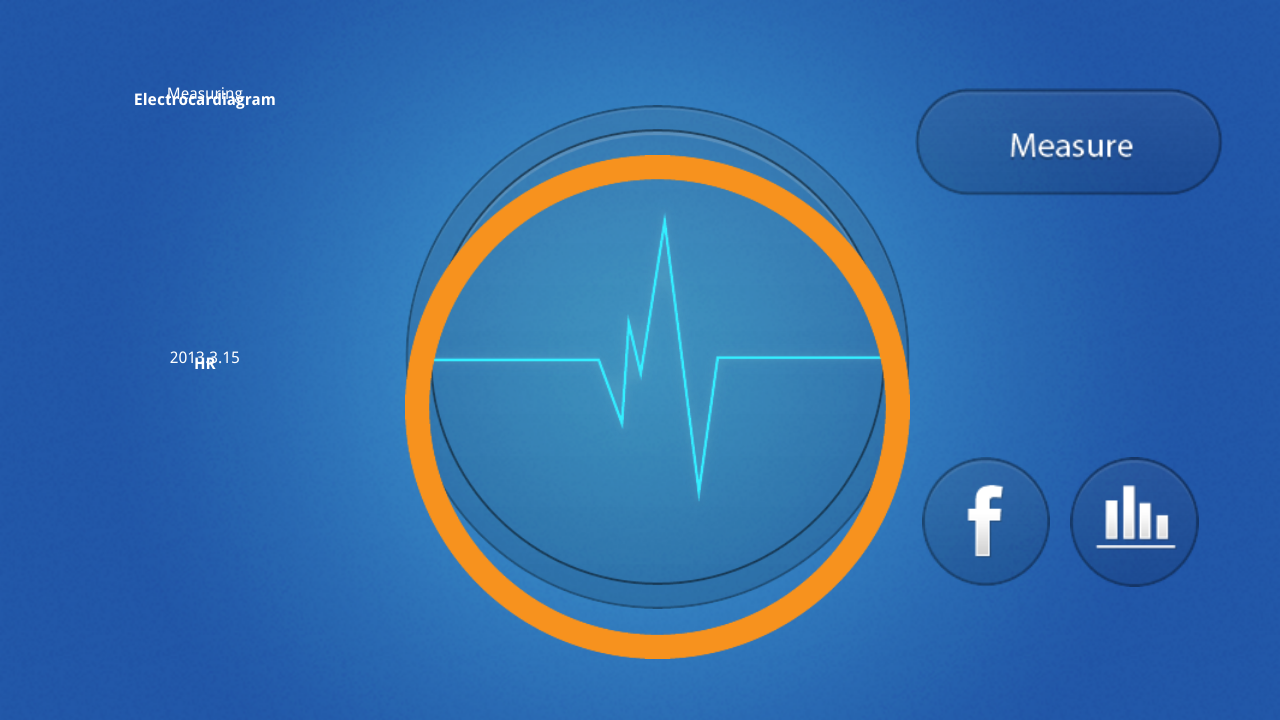
Repository: chouwill79131/IEcontest
Page: BluetoothChat/assets/main.html
An editor plug-in stored every save of this project. The page is shown before and after the next save, followed by the edit.
The browser window is 1280 px wide. The pictures show the whole page.

Above is the page before, as saved 2013-03-08 18:33:38.
Console error: TypeError: Cannot set properties of null (setting 'innerHTML')

### BluetoothChat/assets/main.html
<html>
  <head>
    <meta http-equiv="Content-Type" content="text/html; charset=utf-8"/>
    <link href="main.css" rel="stylesheet"/>
    <script src="jquery.js"></script>
    <script src="highcharts.js"></script>
    <script src="delay.js"></script>
    <script src="main.js"></script>
  </head>
  <body>
    <div id="main" >
    	<div class="left">
			<div class="text">
				<div class="word">Electrocardiagram</div><br />
				<div class="subword">Measuring</div><br />

				<div class="hr">HR</div><br />
				<div class="date">2013.3.15</div>
			</div>

		</div>

		<div class="mid">
			<img class="rhythm" src="button/rhythm.png" />
			<img class="circle" src="button/circle.png" />
		</div>

		<div class="right">
			<button class="measure"><img src="button/Measure.png" /></button><br />
			<button class="share" ><img src="button/Share.png" /></button>
			<button class="record"><img src="button/Record.png" /></button>
		</div>




	</div>
  </body>
</html>

### BluetoothChat/assets/main.css
@font-face {
    font-family: droidsans;
    src: url(fonts/droidsans.ttf);
}

@font-face {
    font-family: DroidSans-Bold;
    src: url(fonts/DroidSans-Bold.ttf);
}

@font-face {
    font-family: DroidSans-Italic;
    src: url(fonts/DroidSans-Italic.ttf);
}


body { margin:0; padding:0; }
#main { width: auto; height: 100%; background-image: url(button/background.png); background-size: 100% 100%; }
.left, .mid, .right {float: left; height: 100%; }


.left {  width: 28%; padding-left:2%;}
.text, .hr , .date{ text-align: center; color:white;}
.word { margin-top: 25%;  font-family: DroidSans-Bold ;}
.subword, .date { margin-top:-12%; font-family: droidsans ;}
.hr {   margin-top: 65%;  font-family: DroidSans-Bold }
.date { font-family: droidsans ;}

.mid { width: 41%; }
.rhythm, .circle { width: auto; height:70%; margin-left: 4%; }
.rhythm { margin-top: 20%; z-index: 1; }
.circle { margin-top: -86.5%; z-index: 2; position: relative;}

.right { width: 29%; }
.right button { float: left; border: none; background: transparent; }
.measure img {margin-top: 10%; width: auto;  height:15%; }
.share img, .record img { width: auto;  height:18%; }
.measure { margin-left: 0%; margin-top: 15%; }
.share, .record { margin-top: 70%; margin-left: 2%; }


<!--
border? font? .record_top
-->

### BluetoothChat/assets/delay.js

$(function(){
setTimeout(function(){
$.getScript("dy_chart.js");
},200)
})

### BluetoothChat/assets/main.js
var chart;
var step = 0.01;	//step0.008每秒125點	//0.005極限
var xstart = step;
var hr = "--";
var score = "--";
var index;
$(document).ready(function ready() {

    var s = "";
    var theDate = new Date();
    s += theDate.getYear()+1900 + ".";                //  年
    s += (theDate.getMonth() + 1) + ".";				// 月
    s += theDate.getDate(); 							// 日
    document.getElementById("date").innerHTML = s;
    index = document.getElementById("main").innerHTML; //保留首頁

    $(".measure").live("click", function() {
      measure();
    }); //click .measure


}); //(document).ready

function shared(){
	view1 = document.getElementById("rhythm").innerHTML;
	document.getElementById("rhythm").innerHTML = view1+'<img class="stop" src="button/complete.png" style="width:100%; margin-top: -50% ;z-index:5;position: relative;" />';
	$("#main").live("click", function() {
      document.getElementById("rhythm").innerHTML = view1;
    });
}

function complete(hr1,score1){
  hr = hr1;
  score = score1;
  view = document.getElementById("dy_chart").innerHTML;
  document.getElementById("dy_chart").innerHTML = view+'<img class="stop" src="button/Completed.png" style="width:50%; margin: -20% 0% 0% 25%; z-index:2;position: relative;" />';
  $(".stop").html('<img src="button/Continue.png" />');
}

function addSomething(a) {
  for (var i in a){
    chart.series[0].addPoint([xstart,a[i]],false,true);
    xstart += step;
  }
  chart.redraw();
}

function history(history){
	view2 = document.getElementById("main").innerHTML;
    $("#main").html(
    '<div class="main1">'+
	'<div class="contain">'+
	'<div id="dy_chart" style="z-index:1;position: relative;"></div>'+
	'</div>'+
	'<div id="foot">'+
	'<button class="stop">'+
	'<img src="button/Back.png" />'+
	'</button>'+
	'</div>'+
    '</div>'
    );

    Highcharts.setOptions({
      global: {
	useUTC: true
      }
    });

    hischart = new Highcharts.Chart({
      chart: {
		renderTo: 'dy_chart',
		backgroundColor: 'transparent',
		type: 'line',
      },
      title: {
		style:{ color: '#FFFFFF'},
		text: 'Measure history',
      },
      credits: {			// highchart.com
		enabled:false
      },
      legend: {  			// 線的標示
        enabled: false
      },
      xAxis: {
      	type: 'datetime',
		dateTimeLabelFormats: { // don't display the dummy year
	  		month: '%e. %b',
	  		year: '%b'
		},
		lineColor: '#FFFFFF',
		labels: {
	  		style: {
				color: '#FFFFFF',
			}
		}
	  },
	  yAxis: {
	    title: {text: 'Feeling',
	    			style: {
						color: '#FFFFFF',
					}
				},
	  	gridLineColor: '#FFFFFF',
	  	labels: {
	  		style: {
				color: '#FFFFFF',
			}
		}
	  },
	  plotOptions: {
                line: {
                    dataLabels: {
                        enabled: true,
                        color: '#FFFFFF',
                    },
                    enableMouseTracking: true,
                }
      },
	series: [{
	  name: 'measure history',
	  color: '#FFFFFF',
	  data: history
	}],
    });

    $(".stop").live("click", function(){
 //     hr = "--";
      $(".main1").html(view2);
 //     document.getElementById("hr").innerHTML = hr;
    });
};// .record click

function measure(){
	xstart = 0.01;
	$("#main").html('<div class="main1">'+
		'<div class="contain">'+
		'<div id="dy_chart" style="z-index:1;position: relative;"></div>'+
		'</div>'+
		'<div id="foot">'+
		'<button class="stop" onclick="window.MyHandler.disconnect()">'+
		'<img src="button/Stop.png" />'+
		'</button>'+
		'</div>'+
      	'</div>');
    Highcharts.setOptions({
      global: {useUTC: true }
    });
    chart = new Highcharts.Chart({
      chart: {
		renderTo: 'dy_chart',
		backgroundColor: 'transparent',
		type: 'spline',
		marginRight: 10,
      },
      credits: {enabled:false},
      title: {
		style:{ color: '#FFFFFF'},
		text: 'Electrondiagram',
      },
      xAxis: {
		type: 'x Axis',
		style:{ color: '#FFFFFF'},
		tickPixelInterval: 100,
		lineColor: '#FFFFFF',
		labels: {style: {color: '#FFFFFF'}},
      },
      yAxis: {
      	title: {
      		text: 'Score',
      		style: {color: '#FFFFFF'}},
	  		gridLineColor: '#FFFFFF',
	  		labels: {style: {color: '#FFFFFF'}},
			//max:1500,
			//min:0,
			title: {
	  			style:{ color: '#FFFFFF'},
	  			text: 'PPG'
	  		},
			plotLines: [{value: 0,width: 1}]
      	},
      	legend: {enabled: false},
      	exporting: {enabled: false},
      	plotOptions: {
			spline: {
	  			lineWidth: 1,
	  			states: {
	    			hover: {
	      				enabled: false,
	      				lineWidth: 2
	    			}
	  			},
	  		marker: {
	    		enabled: false,
	    		states: {
	      			hover: {
						enabled: false,
	      			}
	    		}
	  		},
		}
      }, // yAxis
      series: [{
		name: 'Data',
		color: '#FFFFFF',
		data: (function() {
	  		var data = [];
	  		var step = 0.01;	//step0.008每秒125點	//0.005極限
			var xstart = step;
	  		for (var i = -4; i <= xstart; i+=step){data.push({x: i,y: 0 });}
	  		return data;
		})()
		}]
    }); //Highcharts

    hr = '--';
    score = '--';
    $(".stop").live("click",function() {
      $(".main1").html(index);
      document.getElementById("hr").innerHTML = hr;
      document.getElementById("rhythm").innerHTML = '<div id="score">'+score+'</div><img class="circle" src="button/circle.png" />';
    }); //click .stop
}

### BluetoothChat/assets/dy_chart.js
var chart;
var step = 0.01;	//step0.008每秒125點	//0.005極限
var xstart = step;
//a = Math.random();
var hr = 15;
var score = 80;
function complete(hr1,score1){
	hr = hr1;
	score = score1;
	view = document.getElementById("dy_chart").innerHTML;
	document.getElementById("dy_chart").innerHTML = view+'<img class="stop" src="button/60.png" style="width:50%; margin: -20% 0% 0% 25%; z-index:2;position: relative;" /><br />'+hr+',<br />'+score;
}

function addSomething(a) {
//	setInterval(function() {        			 // for testing feq
	for (var i in a){
		chart.series[0].addPoint([xstart,a[i]],false,true);
		xstart += step;
	}

	/**
	chart.series[0].addPoint([xstart,a],false,true);
	xstart += step;
	**/

	chart.redraw();
//	}, 1000);									// for testing feq
}



$(function () {
	$(".stop").click(function() {
	$(".main1").html('  <div id="main" >'+
    	'<div class="left">'+
			'<div class="text">'+
				'<div class="word">Electrocardiagram</div><br />'+
				'<div class="subword">Measuring</div><br />'+
				'<div class="hr">HR <span id="hr"></span></div>'+
				'<div id="date"></div>'+
			'</div>'+
		'</div>'+
		'<div class="mid" id="mid">'+
			'<div class="score">84</div>'+
			'<img class="circle" src="button/circle.png" />'+
		'</div>'+
		'<div class="right">'+
			'<button class="measure"><img src="button/Measure.png" /></button><br />'+
			'<button class="share" ><img src="button/Share.png" /></button>'+
			'<button class="record"><img src="button/Record.png" /></button>'+
		'</div>'+
	'</div>');
 // 		window.location.href = "complete.html";
	});
    $(document).ready(function() {
        Highcharts.setOptions({
            global: {
                useUTC: false
            }
        });

        chart = new Highcharts.Chart({
            chart: {
                renderTo: 'dy_chart',
                backgroundColor: 'transparent',
                type: 'spline',
                marginRight: 10,
            },
            credits: {
            enabled:false
            }
            ,
            title: {
            	style:{ color: '#FFFFFF'},
                text: 'Electrondiagram',
            },
            xAxis: {
                type: 'x Axis',
                style:{ color: '#FFFFFF'},
                tickPixelInterval: 150
            },
            yAxis: {
            	max:1500,
            	min:0,
                title: {
                	style:{ color: '#FFFFFF'},
                    text: 'Value'
                },
                plotLines: [{
                    value: 0,
                    width: 1,
                }]
            },

            legend: {
                enabled: false
            },
            exporting: {
                enabled: false
            },
	    plotOptions: {
                spline: {
                   lineWidth: 1,
                   states: {
                       hover: {
                       	enabled: false,
                        lineWidth: 2
                       }
                   },
                   marker: {
                      enabled: false,
                      states: {
                          hover: {
                             enabled: false,
                          }
                      }
                  },
               }
            },
            series: [{
                name: 'Data',
                color: '#FFFFFF',
                data: (function() {
                    // generate an array of random data
                    var data = [],
                        time = (new Date()).getTime(),i;

                    for (i = -4; i <= xstart; i+=step) {
                        data.push({
                            x: i,
                            y: 0
                        });
                    }
                    return data;
                })()
            }]
        });
    });
});

Loaded but not shown: BluetoothChat/assets/jquery.js (library); BluetoothChat/assets/highcharts.js (library)

After the next save:
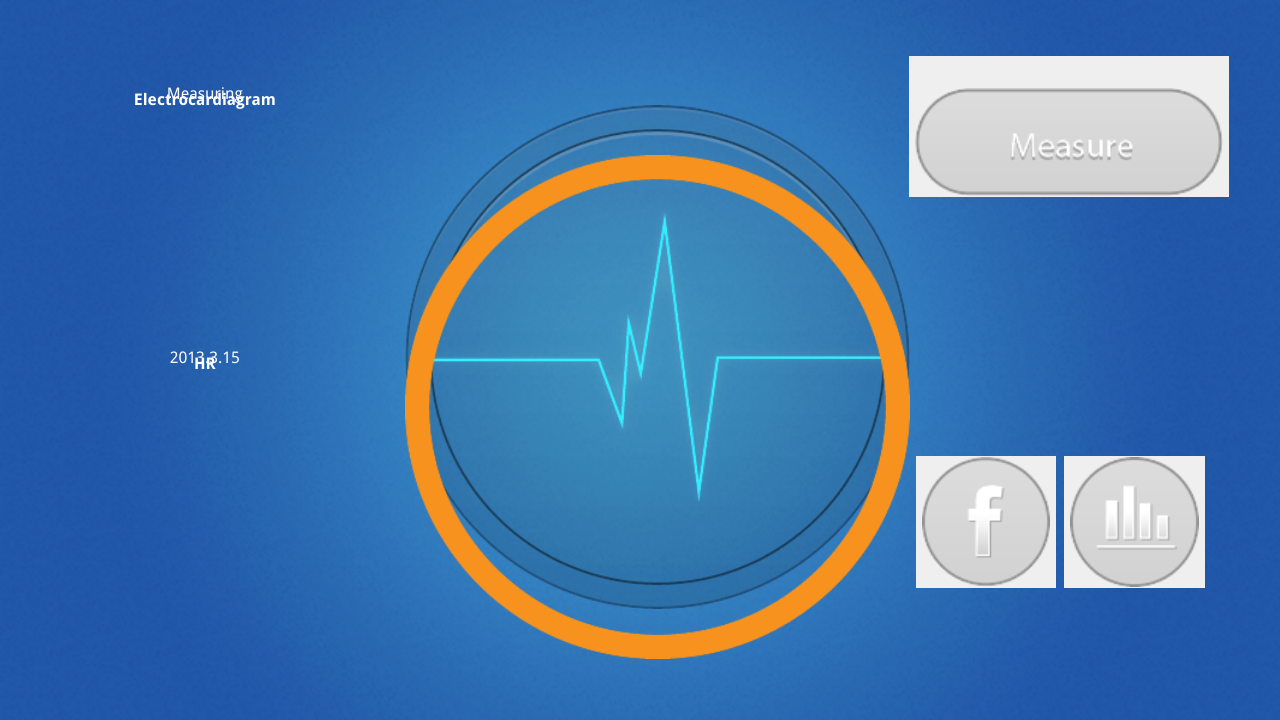
Saved 40 s later.
--- a/BluetoothChat/assets/main.css
+++ b/BluetoothChat/assets/main.css
@@ -32,7 +32,7 @@ body { margin:0; padding:0; }
 .circle { margin-top: -86.5%; z-index: 2; position: relative;}
 
 .right { width: 29%; }
-.right button { float: left; border: none; background: transparent; }
+.right button { float: left; border: none;  }
 .measure img {margin-top: 10%; width: auto;  height:15%; }
 .share img, .record img { width: auto;  height:18%; }
 .measure { margin-left: 0%; margin-top: 15%; }
